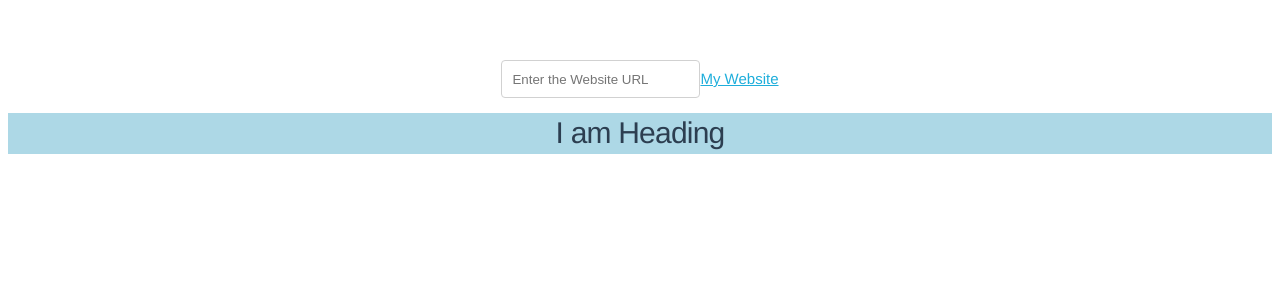
Repository: chsvk/Vue-JS-Course
Page: /
An editor plug-in stored every save of this project. The page is shown before and after the next save, followed by the edit.
The browser window is 1280 px wide. The pictures show the whole page.
The project was rebuilt for these pictures with package versions that can differ from the ones it lists, and the page was loaded fresh each time. Also part of the build but not shown: src/components/HelloWorld.vue.

Above is the page before, as saved 2019-03-11 18:55:50.

### public/index.html
<!DOCTYPE html>
<html lang="en">
  <head>
    <meta charset="utf-8">
    <meta http-equiv="X-UA-Compatible" content="IE=edge">
    <meta name="viewport" content="width=device-width,initial-scale=1.0">
    <link rel="icon" href="<%= BASE_URL %>favicon.ico">
    <link rel="stylesheet" href="https://cdnjs.cloudflare.com/ajax/libs/skeleton/2.0.4/skeleton.min.css">
    <title>testproject</title>
  </head>
  <body>
    <noscript>
      <strong>We're sorry but testproject doesn't work properly without JavaScript enabled. Please enable it to continue.</strong>
    </noscript>
    <div id="app"></div>
    <!-- built files will be auto injected -->
  </body>
</html>

### src/App.vue
<template>
  <div id="app">
    <!-- <img alt="Vue logo" src="./assets/logo.png">
    <HelloWorld msg="Welcome to Vue.js App"/> -->

    <!--  METHODS AND COMPUTED PROPERTIES -->
    <!-- <h1>Methods Properties</h1>
    <h3>My product is {{variableA * variableB * global_dynamicVariable}}</h3>
    <input type="number" placeholder="Enter A Number to multiply" v-model="global_dynamicVariable">
    <input type="number" placeholder="Enter Principle" v-model="principle">
    <input type="number" placeholder="Enter Interest" v-model="interest">
    <input type="number" placeholder="Enter Rate" v-model="rate">
    <h3>{{returnSimpleInterest}}</h3> -->

    <!-- Dynamic Links using Data Binding -->
    <input type="text" placeholder="Enter the Website URL" v-model="websiteLink">
    <a v-bind:href="websiteLink">My Website</a>

    <!-- Dynamic Classes using Data Binding -->

    <h4 v-bind:class="{active: activeBackground}">I am Heading</h4>


  </div>
</template>

<script>
import HelloWorld from './components/HelloWorld.vue'

export default {
  name: 'app',

  // LECTURE - METHODS AND COMPUTED PROPERTIES
  // data(){
  //   return {
  //     variableA: 20,
  //     variableB: 10,
  //     global_dynamicVariable: '',
  //     principle: 0,
  //     interest: 0,
  //     rate: 0
  //   }
  // },
  // components: {
  //   HelloWorld
  // },
  // methods:{
  //   multiply(local_dynamicVariable){
  //     return this.variableA * this.variableB * local_dynamicVariable
  //   }
  // },
  // computed: {
  //   returnSimpleInterest(){
  //     return ((this.principle * this.interest * this.rate)/100)
  //   }
  // }

  data(){
    return{
      websiteLink: "",
      activeBackground: true
    }
  }
}
</script>

<style lang="scss">
#app {
  font-family: 'Avenir', Helvetica, Arial, sans-serif;
  -webkit-font-smoothing: antialiased;
  -moz-osx-font-smoothing: grayscale;
  text-align: center;
  color: #2c3e50;
  margin-top: 60px;

  .active{
    background: lightblue;
  }
}
</style>

Loaded but not shown: src/main.js (common file)

After the next save:
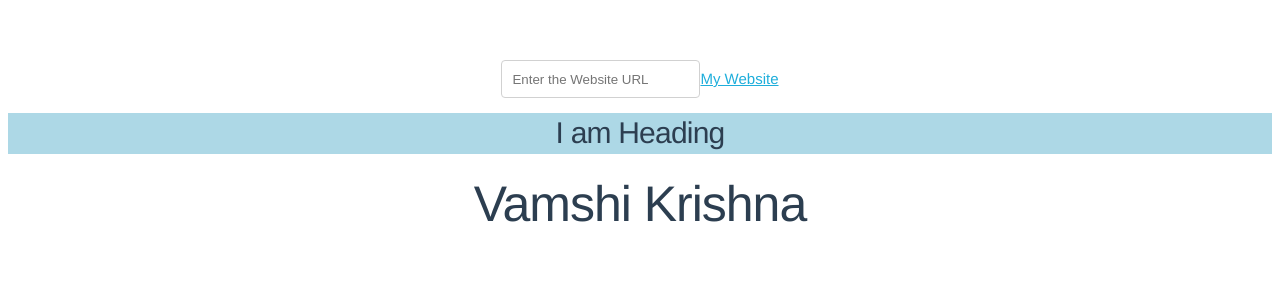
Saved 53 s later.
--- a/src/App.vue
+++ b/src/App.vue
@@ -19,6 +19,10 @@
     <!-- Dynamic Classes using Data Binding -->
 
     <h4 v-bind:class="{active: activeBackground}">I am Heading</h4>
+
+    <!-- Dynamic Styling using Data Binding -->
+
+    <h1>Vamshi Krishna</h1>
 
 
   </div>
